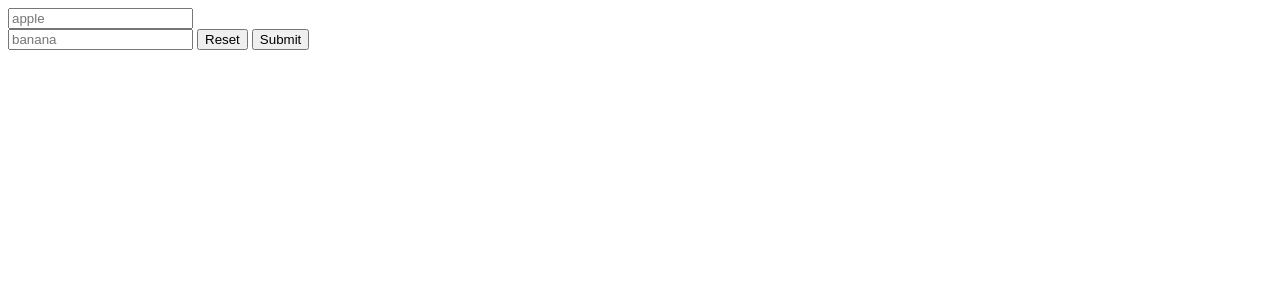
Repository: djdh94/jsp_practice
Page: http://localhost/JSPBasic/jspObject/1.requests/req_param_send.jsp
An editor plug-in stored every save of this project. The page is shown before and after the next save, followed by the edit.
The browser window is 1280 px wide. The pictures show the whole page.
The page is served by Tomcat 9.

Above is the page before, as saved 2022-02-03 08:56:46.

After the next save:
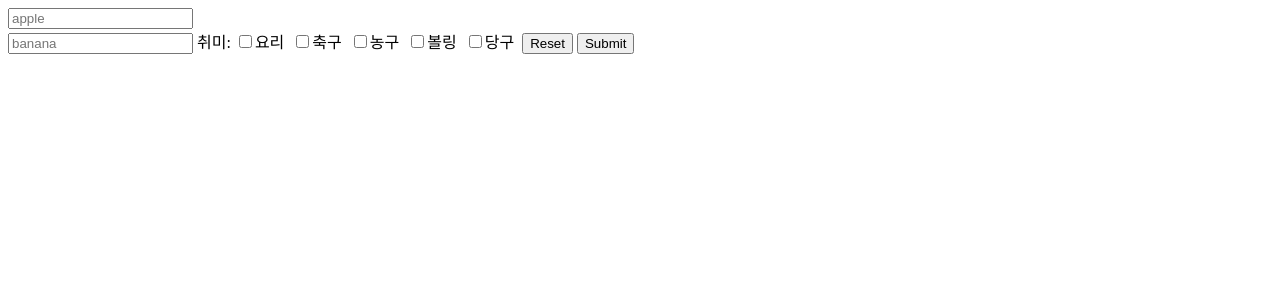
Saved 2 min 29 s later.
--- a/JSPBasic/src/main/webapp/jspObject/1.requests/req_param_send.jsp
+++ b/JSPBasic/src/main/webapp/jspObject/1.requests/req_param_send.jsp
@@ -13,6 +13,13 @@
 	<form action="req_param_getpost.jsp" method="get">
 	<input type="text" name="apple" placeholder="apple"/><br/>
 	<input type="password" name="banana" placeholder="banana"/>
+
+	취미:
+	<input type="checkbox" name="hobby" >요리&nbsp;
+	<input type="checkbox" name="hobby" >축구&nbsp;
+	<input type="checkbox" name="hobby" >농구&nbsp;
+	<input type="checkbox" name="hobby" >볼링&nbsp;
+	<input type="checkbox" name="hobby" >당구&nbsp;
 	<input type="reset" />
 	<input type="submit"/>
 
